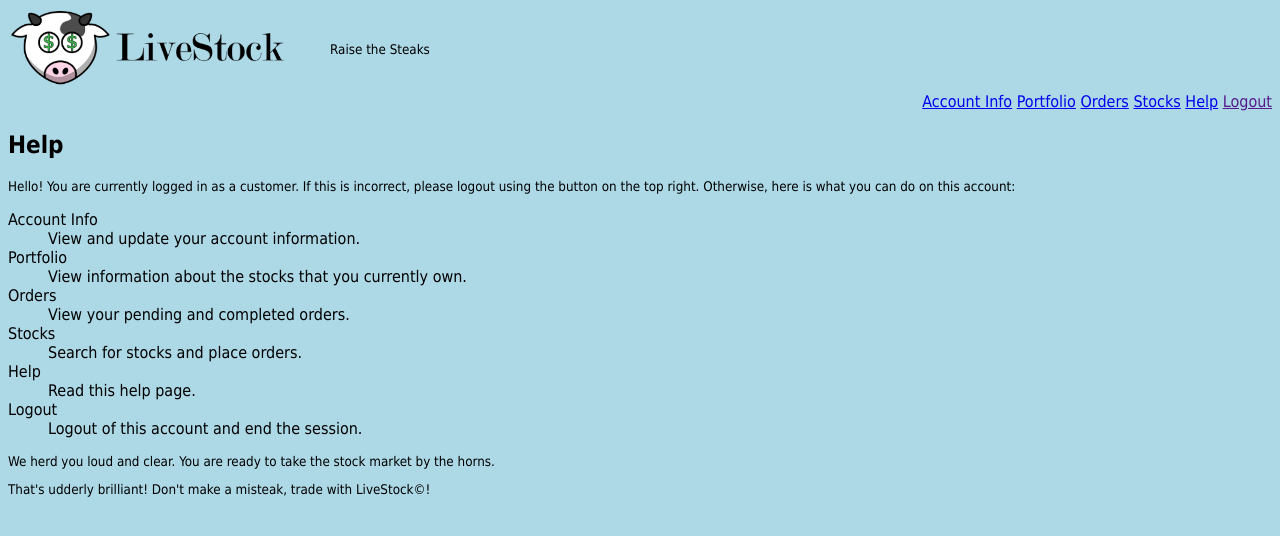
Repository: yastapova/live-stock
Page: http://localhost/LiveStockSite/WEB-INF/cust_help.jsp
The author's editor kept a copy of each file at every save. The page is drawn from the files as they stood at one save, then again after the next save.
The browser window is 1280 px wide. The pictures show the whole page.
The page is served by Tomcat 9. Nobody is signed in. The template is opened directly, without the code that normally fills it, so the values that code supplies are empty.

Above is the page before, as saved 2016-04-15 22:13:11.

After the next save:
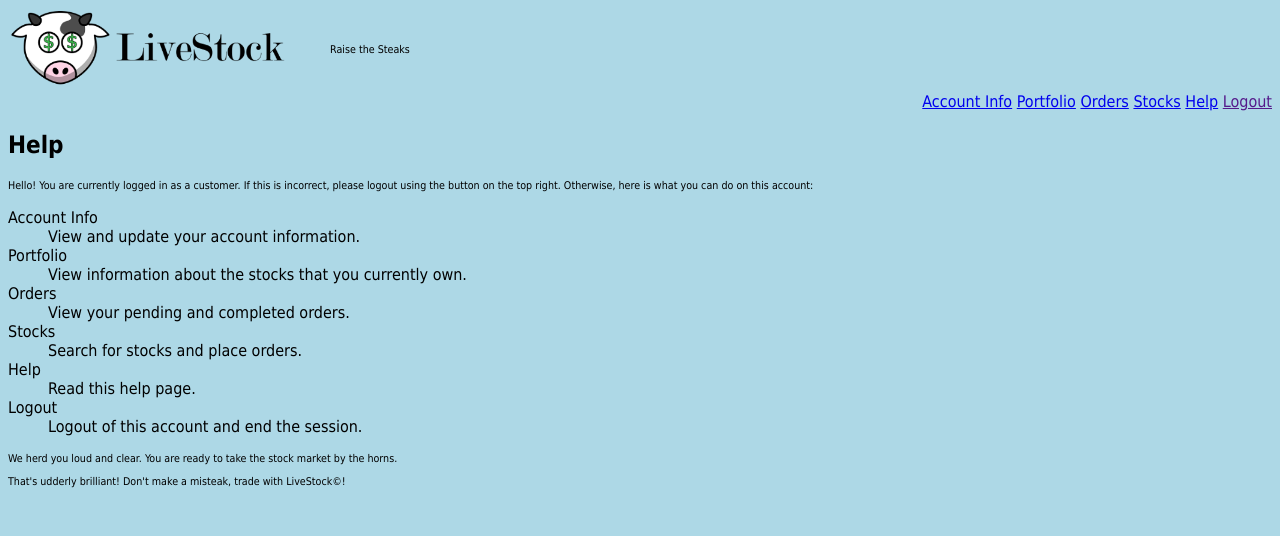
Saved 20 s later.
--- a/LiveStockSite/WebContent/WEB-INF/gen.css
+++ b/LiveStockSite/WebContent/WEB-INF/gen.css
@@ -10,6 +10,9 @@ body {
 .header {
 	align: center;
 }
+.footer {
+
+}
 p {
-	font-size: 10pt;
+	font-size: 8pt;
 }
